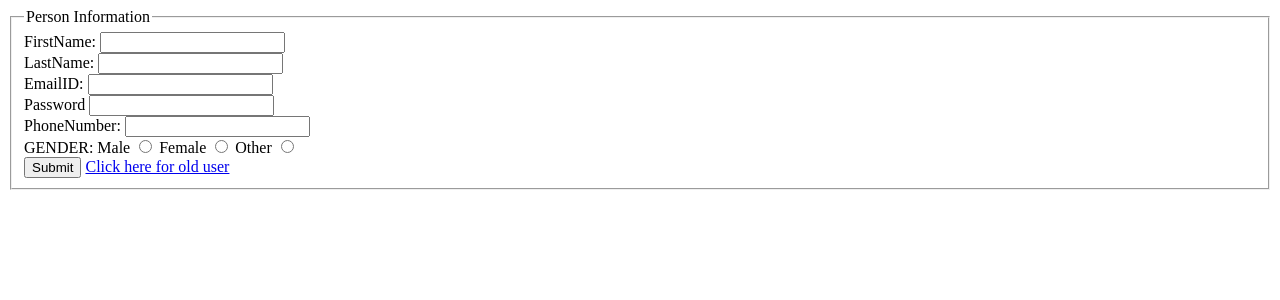
Repository: Tharungandhi/ServeltProject
Page: LginRegistrationApp/WebContent/registration.html
The author's editor kept a copy of each file at every save. The page is drawn from the files as they stood at one save, then again after the next save.
The browser window is 1280 px wide. The pictures show the whole page.

Above is the page before, as saved 2019-01-22 09:41:09.

After the next save:
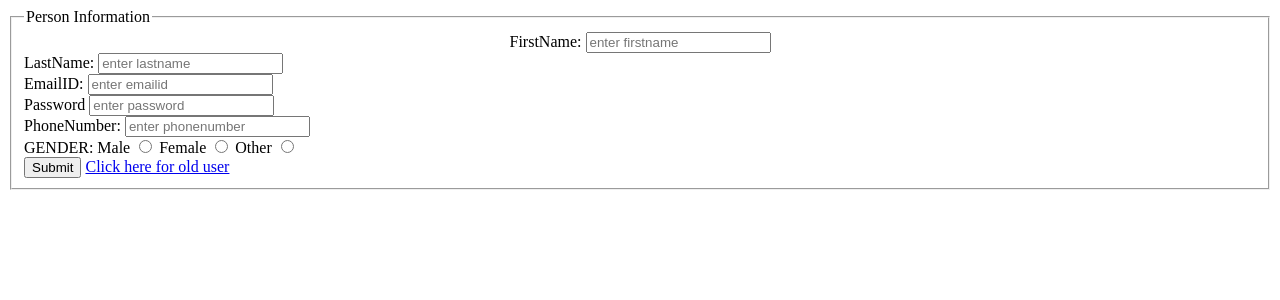
Saved 2 min 55 s later.
--- a/LginRegistrationApp/WebContent/registration.html
+++ b/LginRegistrationApp/WebContent/registration.html
@@ -10,21 +10,22 @@
 <fieldset>
 <legend>Person Information</legend>
 <div>
+<center>
 <label>FirstName:</label>
-<input type="text" name="firstname" value="" required/> </div>
+<input type="text" name="firstname"  placeholder="enter firstname" value="" required/> </div>
 <div>
 <label>LastName:</label>
-<input type="text" name="lastname" value="" required/> </div>
+<input type="text" name="lastname"  placeholder="enter lastname" value="" required/> </div>
 <div>
 <label>EmailID:</label>
-<input type="text" name="emailid" value="" required/> </div>
+<input type="text" name="emailid"  placeholder="enter emailid" value="" required/> </div>
 <div>
 <div>
 <label>Password</label>
-<input type="password" name="password" value="" required/>
+<input type="password" name="password" placeholder="enter password"        value="" required/>
 </div>
 <label>PhoneNumber:</label>
-<input type="text" name="phonenumber" value="" required/> </div>
+<input type="text" name="phonenumber"  placeholder="enter phonenumber"  value="" required/> </div>
 <div>
 <label>GENDER:</label>
 <label>Male</label>
@@ -36,6 +37,7 @@
 </div>
 <input type="submit" name="submit"/>
 <a href=login.html> Click here for old user </a>
+<center>
 </fieldset>
 </form>
 </body>
